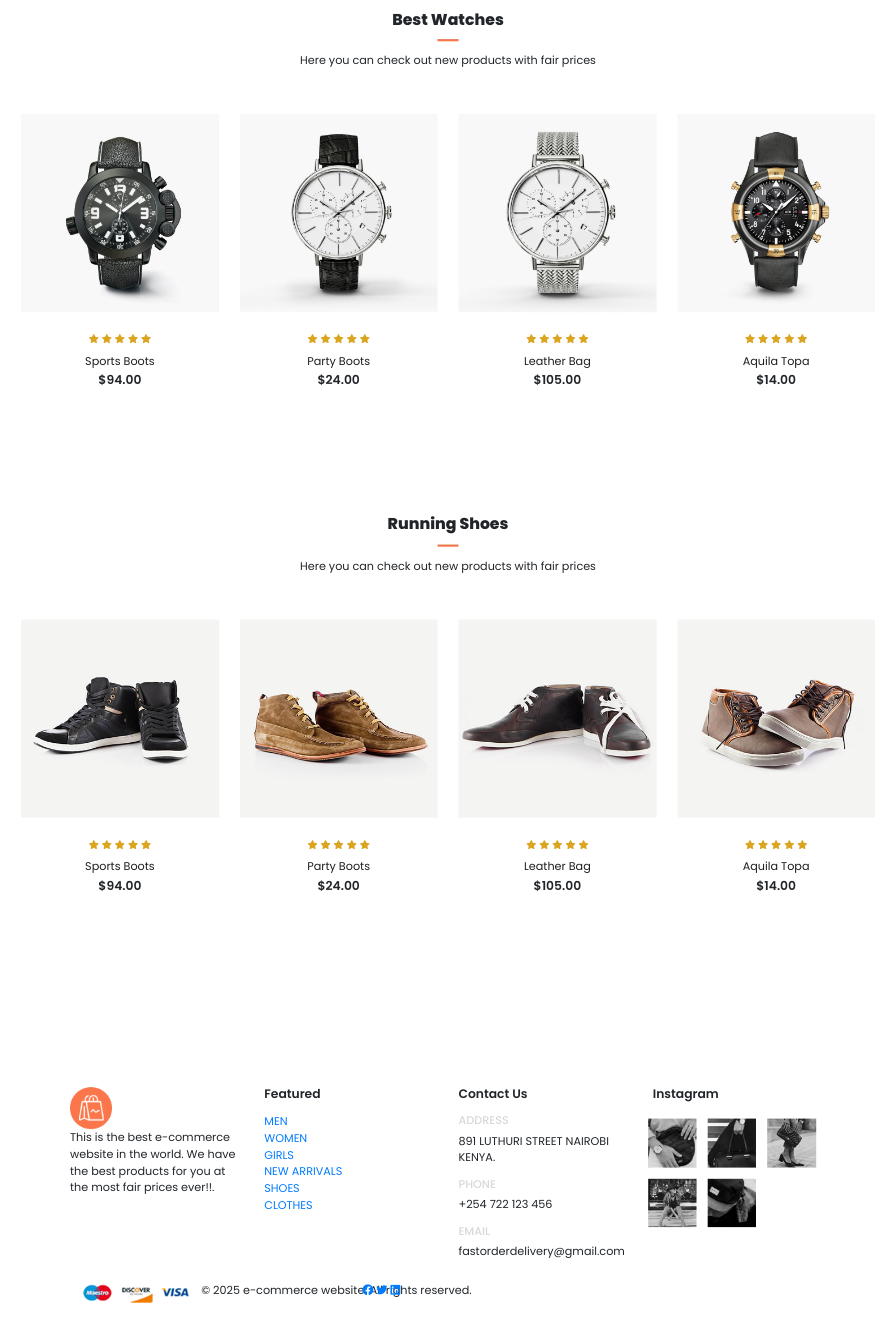
Repository: peter417waweru/e-commerce-UI
Page: index.html
The author's editor kept a copy of each file at every save. The page is drawn from the files as they stood at one save, then again after the next save.
The browser window is 1280 px wide. The pictures show the part of the page from y = 3470 to 5390 px (the page is 5390 px tall), at 70% of full size.
Backgrounds fixed to the window are drawn as part of the page. Some web libraries are served in a nearby version.

Above is the page before, as saved 2025-02-08 09:15:06.

### index.html
<!DOCTYPE html>
<html lang="en">

    <head>
        <meta charset="UTF-8">
        <meta http-equiv="X-UA-Compatible" content="IE=edge">
        <meta name="viewport" content="width=device-width, initial-scale=1.0">
        <title>Ecommerce Website1</title>

        <link rel="stylesheet" href="https://cdn.jsdelivr.net/npm/bootstrap@4.1.3/dist/css/bootstrap.min.css"
         integrity="sha384-MCw98/SFnGE8fJT3GXwEOngsV7Zt27NXFoaoApmYm81iuXoPkFOJwJ8ERdknLPMO" crossorigin="anonymous">

        <link rel="stylesheet" href="https://pro.fontawesome.com/releases/v5.10.0/css/all.css" />

        <link rel="stylesheet" href="./style.css">
    </head>

    <body>

        <nav class="navbar navbar-expand-lg navbar-light bg-light py-3 fixed-top">
            <div class="container">
              <img src="img/logo1.png" alt="">
              <button class="navbar-toggler" type="button" data-bs-toggle="collapse" data-bs-target="#navbarSupportedContent" aria-controls="navbarSupportedContent" aria-expanded="false" aria-label="Toggle navigation">
                <span><i id="bar" class="fas fa-bars"></i></span>
              </button>
              <div class="collapse navbar-collapse" id="navbarSupportedContent">
                <ul class="navbar-nav ml-auto">
                  <li class="nav-item">
                    <a class="nav-link active" aria-current="page" href="#">Home</a>
                  </li>
                  <li class="nav-item">
                    <a class="nav-link" aria-current="page" href="#">Shop</a>
                  </li>
                  <li class="nav-item">
                    <a class="nav-link" aria-current="page" href="#">Blog</a>
                  </li>
                  <li class="nav-item">
                    <a class="nav-link" aria-current="page" href="#">About</a>
                  </li>
                  <li class="nav-item">
                    <a class="nav-link" aria-current="page" href="#">Contact Us</a>
                  </li>
                  <li class="nav-item">
                    <i class="fal fa-search"></i>
                    <i class="fal fa-shopping-bag"></i>
                  </li>


                </ul>

              </div>
            </div>
        </nav>


        <section id="home">
          <div class="container">
            <h5>NEW ARRIVALS</h5>
            <h1><span>Best Price</span> This year</h1>
            <p>Shop today with us for the best offers delivered to your doorsteps <br>
               within seconds.
            </p>
            <button>Shop Now</button>
          </div>
        </section>

        <section id="brand" class="container">
          <div class="row m-0 py-5">
            <img class="img-fluid col-lg-2 col-md-4 col-sm-6" src="img/brand/1.png" alt="">
            <img class="img-fluid col-lg-2 col-md-4 col-sm-6" src="img/brand/2.png" alt="">
            <img class="img-fluid col-lg-2 col-md-4 col-sm-6" src="img/brand/3.png" alt="">
            <img class="img-fluid col-lg-2 col-md-4 col-sm-6" src="img/brand/4.png" alt="">
            <img class="img-fluid col-lg-2 col-md-4 col-sm-6" src="img/brand/5.png" alt="">
            <img class="img-fluid col-lg-2 col-md-4 col-sm-6" src="img/brand/6.png" alt="">
          </div>
        </section>

        <section id="new" class="w-100">
          <div class="row p-0 m-0">
            <div class="one col-lg-4 col-md-12 col-sm-12 p-0">
              <img class="img-fluid" src="img/new/1.jpg" alt="">
              <div class="details">
                <h2>Extreme Rare Sneakers</h2>
                <button class="text-uppercase">shop now</button>
              </div>
            </div>
            <div class="one col-lg-4 col-md-12 col-sm-12 p-0">
              <img class="img-fluid" src="img/new/5.jpg" alt="">
              <div class="details">
                <h2>Awesome blank outfit</h2>
                <button class="text-uppercase">shop now</button>
              </div>
            </div>
            <div class="one col-lg-4 col-md-12 col-sm-12 p-0">
              <img class="img-fluid" src="img/new/3.jpg" alt="">
              <div class="details">
                <h2>Sportwear upto 50% off</h2>
                <button class="text-uppercase">shop now</button>
              </div>
            </div>
          </div>
        </section>

        <section id="featured" class="my-5 pb-5">
          <div class="container text-center mt-5 py-5">
            <h3>Our Featured</h3>
            <hr class="mx-auto">
            <p>Here you can check out our new products with the most fair prices</p>
          </div>
          <div class="row mx-auto container-fluid">
            <div class="product text-center col-lg-3 col-md-4 col-12">
              <img class="img-fluid mb-3" src="img/featured/1.jpg" alt="">
              <div class="star">
                <i class="fas fa-star"></i>
                <i class="fas fa-star"></i>
                <i class="fas fa-star"></i>
                <i class="fas fa-star"></i>
                <i class="fas fa-star"></i>
              </div>
              <h5 class="p-name">Sports Boots</h5>
              <h4 class="p-price">$94.00</h4>
              <button class="buy-btn">Buy Now</button>
            </div>
            <div class="product text-center col-lg-3 col-md-4 col-12">
              <img class="img-fluid mb-3" src="img/featured/2.jpg" alt="">
              <div class="star">
                <i class="fas fa-star"></i>
                <i class="fas fa-star"></i>
                <i class="fas fa-star"></i>
                <i class="fas fa-star"></i>
                <i class="fas fa-star"></i>
              </div>
              <h5 class="p-name">Party Boots</h5>
              <h4 class="p-price">$24.00</h4>
              <button class="buy-btn">Buy Now</button>
            </div>
            <div class="product text-center col-lg-3 col-md-4 col-12">
              <img class="img-fluid mb-3" src="img/featured/3.jpg" alt="">
              <div class="star">
                <i class="fas fa-star"></i>
                <i class="fas fa-star"></i>
                <i class="fas fa-star"></i>
                <i class="fas fa-star"></i>
                <i class="fas fa-star"></i>
              </div>
              <h5 class="p-name">Leather Bag</h5>
              <h4 class="p-price">$105.00</h4>
              <button class="buy-btn">Buy Now</button>
            </div>
            <div class="product text-center col-lg-3 col-md-4 col-12">
              <img class="img-fluid mb-3" src="img/featured/4.jpg" alt="">
              <div class="star">
                <i class="fas fa-star"></i>
                <i class="fas fa-star"></i>
                <i class="fas fa-star"></i>
                <i class="fas fa-star"></i>
                <i class="fas fa-star"></i>
              </div>
              <h5 class="p-name">Aquila Topa</h5>
              <h4 class="p-price">$14.00</h4>
              <button class="buy-btn">Buy Now</button>
            </div>
          </div>
        </section>

        <section id="banner" class="my-5 py-3">
          <div class="container">
            <h4>MID SEASON SALES</h4>
            <h1>Autumn Collection <br>
              UP TO 20% OFF
            </h1>
            <button class="text-uppercase">Shop Now</button>
          </div>
        </section>

        <section id="clothes" class="my-5">
          <div class="container text-center mt-5 py-5">
            <h3>Dresses and jumpsuits</h3>
            <hr class="mx-auto">
            <p>Here you can check out new products with fair prices</p>
          </div>
          <div class="row mx-auto container-fluid">
            <div class="product text-center col-lg-3 col-md-4 col-12">
              <img class="img-fluid mb-3" src="img/clothes/1.jpg" alt="">
              <div class="star">
                <i class="fas fa-star"></i>
                <i class="fas fa-star"></i>
                <i class="fas fa-star"></i>
                <i class="fas fa-star"></i>
                <i class="fas fa-star"></i>
              </div>
              <h5 class="p-name">Sports Boots</h5>
              <h4 class="p-price">$94.00</h4>
              <button class="buy-btn">Buy Now</button>
            </div>
            <div class="product text-center col-lg-3 col-md-4 col-12">
              <img class="img-fluid mb-3" src="img/clothes/2.jpg" alt="">
              <div class="star">
                <i class="fas fa-star"></i>
                <i class="fas fa-star"></i>
                <i class="fas fa-star"></i>
                <i class="fas fa-star"></i>
                <i class="fas fa-star"></i>
              </div>
              <h5 class="p-name">Party Boots</h5>
              <h4 class="p-price">$24.00</h4>
              <button class="buy-btn">Buy Now</button>
            </div>
            <div class="product text-center col-lg-3 col-md-4 col-12">
              <img class="img-fluid mb-3" src="img/clothes/3.jpg" alt="">
              <div class="star">
                <i class="fas fa-star"></i>
                <i class="fas fa-star"></i>
                <i class="fas fa-star"></i>
                <i class="fas fa-star"></i>
                <i class="fas fa-star"></i>
              </div>
              <h5 class="p-name">Leather Bag</h5>
              <h4 class="p-price">$105.00</h4>
              <button class="buy-btn">Buy Now</button>
            </div>
            <div class="product text-center col-lg-3 col-md-4 col-12">
              <img class="img-fluid mb-3" src="img/clothes/1.jpg" alt="">
              <div class="star">
                <i class="fas fa-star"></i>
                <i class="fas fa-star"></i>
                <i class="fas fa-star"></i>
                <i class="fas fa-star"></i>
                <i class="fas fa-star"></i>
              </div>
              <h5 class="p-name">Aquila Topa</h5>
              <h4 class="p-price">$14.00</h4>
              <button class="buy-btn">Buy Now</button>
            </div>
          </div>
        </section>

        <section id="watches" class="my-5">
          <div class="container text-center mt-5 py-5">
            <h3>Best Watches</h3>
            <hr class="mx-auto">
            <p>Here you can check out new products with fair prices</p>
          </div>
          <div class="row mx-auto container-fluid">
            <div class="product text-center col-lg-3 col-md-4 col-12">
              <img class="img-fluid mb-3" src="img/watches/1.jpg" alt="">
              <div class="star">
                <i class="fas fa-star"></i>
                <i class="fas fa-star"></i>
                <i class="fas fa-star"></i>
                <i class="fas fa-star"></i>
                <i class="fas fa-star"></i>
              </div>
              <h5 class="p-name">Sports Boots</h5>
              <h4 class="p-price">$94.00</h4>
              <button class="buy-btn">Buy Now</button>
            </div>
            <div class="product text-center col-lg-3 col-md-4 col-12">
              <img class="img-fluid mb-3" src="img/watches/2.jpg" alt="">
              <div class="star">
                <i class="fas fa-star"></i>
                <i class="fas fa-star"></i>
                <i class="fas fa-star"></i>
                <i class="fas fa-star"></i>
                <i class="fas fa-star"></i>
              </div>
              <h5 class="p-name">Party Boots</h5>
              <h4 class="p-price">$24.00</h4>
              <button class="buy-btn">Buy Now</button>
            </div>
            <div class="product text-center col-lg-3 col-md-4 col-12">
              <img class="img-fluid mb-3" src="img/watches/3.jpg" alt="">
              <div class="star">
                <i class="fas fa-star"></i>
                <i class="fas fa-star"></i>
                <i class="fas fa-star"></i>
                <i class="fas fa-star"></i>
                <i class="fas fa-star"></i>
              </div>
              <h5 class="p-name">Leather Bag</h5>
              <h4 class="p-price">$105.00</h4>
              <button class="buy-btn">Buy Now</button>
            </div>
            <div class="product text-center col-lg-3 col-md-4 col-12">
              <img class="img-fluid mb-3" src="img/watches/4.jpg" alt="">
              <div class="star">
                <i class="fas fa-star"></i>
                <i class="fas fa-star"></i>
                <i class="fas fa-star"></i>
                <i class="fas fa-star"></i>
                <i class="fas fa-star"></i>
              </div>
              <h5 class="p-name">Aquila Topa</h5>
              <h4 class="p-price">$14.00</h4>
              <button class="buy-btn">Buy Now</button>
            </div>
          </div>
        </section>

        <section id="shoes" class="my-5 pb-5">
          <div class="container text-center mt-5 py-5">
            <h3>Running Shoes</h3>
            <hr class="mx-auto">
            <p>Here you can check out new products with fair prices</p>
          </div>
          <div class="row mx-auto container-fluid">
            <div class="product text-center col-lg-3 col-md-4 col-12">
              <img class="img-fluid mb-3" src="img/shoes/8.jpg" alt="">
              <div class="star">
                <i class="fas fa-star"></i>
                <i class="fas fa-star"></i>
                <i class="fas fa-star"></i>
                <i class="fas fa-star"></i>
                <i class="fas fa-star"></i>
              </div>
              <h5 class="p-name">Sports Boots</h5>
              <h4 class="p-price">$94.00</h4>
              <button class="buy-btn">Buy Now</button>
            </div>
            <div class="product text-center col-lg-3 col-md-4 col-12">
              <img class="img-fluid mb-3" src="img/shoes/7.jpg" alt="">
              <div class="star">
                <i class="fas fa-star"></i>
                <i class="fas fa-star"></i>
                <i class="fas fa-star"></i>
                <i class="fas fa-star"></i>
                <i class="fas fa-star"></i>
              </div>
              <h5 class="p-name">Party Boots</h5>
              <h4 class="p-price">$24.00</h4>
              <button class="buy-btn">Buy Now</button>
            </div>
            <div class="product text-center col-lg-3 col-md-4 col-12">
              <img class="img-fluid mb-3" src="img/shoes/6.jpg" alt="">
              <div class="star">
                <i class="fas fa-star"></i>
                <i class="fas fa-star"></i>
                <i class="fas fa-star"></i>
                <i class="fas fa-star"></i>
                <i class="fas fa-star"></i>
              </div>
              <h5 class="p-name">Leather Bag</h5>
              <h4 class="p-price">$105.00</h4>
              <button class="buy-btn">Buy Now</button>
            </div>
            <div class="product text-center col-lg-3 col-md-4 col-12">
              <img class="img-fluid mb-3" src="img/shoes/5.jpg" alt="">
              <div class="star">
                <i class="fas fa-star"></i>
                <i class="fas fa-star"></i>
                <i class="fas fa-star"></i>
                <i class="fas fa-star"></i>
                <i class="fas fa-star"></i>
              </div>
              <h5 class="p-name">Aquila Topa</h5>
              <h4 class="p-price">$14.00</h4>
              <button class="buy-btn">Buy Now</button>
            </div>
          </div>
        </section>

        <footer class="mt-5 py-5">
          <div class="row container mx-auto pt-5">
            <div class="footer-one col-lg-3 col-md-6 col-12">
              <img src="img/logo2.png" alt="">
              <p>This is the best e-commerce website in the world.
                 We have the best products for you at the most fair prices ever!!.</p>
            </div>
            <div class="footer-one col-lg-3 col-md-6 col-12">
              <h4 class="pb-2">Featured</h4>
              <ul class="text-uppercase list-unstyled">
                <li><a href="#">men</a></li>
                <li><a href="#">women</a></li>
                <li><a href="#">girls</a></li>
                <li><a href="#">new arrivals</a></li>
                <li><a href="#">shoes</a></li>
                <li><a href="#">clothes</a></li>
              </ul>
            </div>
            <div class="footer-one col-lg-3 col-md-6 col-12">
              <h4 class="pb-2">Contact Us</h4>
              <div>
                <h6 class="text-uppercase">Address</h6>
              <p>891 LUTHURI STREET NAIROBI KENYA.</p>
              </div>
              <div>
                <h6 class="text-uppercase">Phone</h6>
              <p>+254 722 123 456</p>
              </div>
              <div>
                <h6 class="text-uppercase">Email</h6>
              <p>fastorderdelivery@gmail.com</p>
              </div>
            </div>
            <div class="footer-one col-lg-3 col-md-6 col-12">
              <h4 class="pb-2">Instagram</h4>
              <div class="row">
                <img class="img-fluid w-25 h-100 m-2" src="img/insta/1.jpg" alt="">
                <img class="img-fluid w-25 h-100 m-2" src="img/insta/2.jpg" alt="">
                <img class="img-fluid w-25 h-100 m-2" src="img/insta/3.jpg" alt="">
                <img class="img-fluid w-25 h-100 m-2" src="img/insta/4.jpg" alt="">
                <img class="img-fluid w-25 h-100 m-2" src="img/insta/5.jpg" alt="">
              </div>
            </div>
            <div class="copyright mt-3">
              <div class="row container mx-auto">
                <div class="col-lg-3 col-md-6 col-12">
                  <img src="img/payment.png" alt="">
                </div>
                <div class="col-lg-4 col-md-6 col-12 text-nowrap">
                  <p>© 2025 e-commerce website. All rights reserved.</p>
                </div>
                <div class="col-lg-4 col-md-6 col-12">
                  <a href=""><i class="fab fa-facebook"></i></a>
                  <a href=""><i class="fab fa-twitter"></i></a>
                  <a href=""><i class="fab fa-linkedin"></i></a>
                </div>
              </div>
            </div>
          </div>
        </footer>





        <script src="https://cdn.jsdelivr.net/npm/@popperjs/core@2.9.1/dist/umd/popper.min.js"
            integrity="sha384-SR1sx49pcuLnqZUnnPwx6FCym0wLsk5JZuNx2bPPENzswTNFaQU1RDvt3wT4gWFG"
            crossorigin="anonymous"></script>
        <script src="https://cdn.jsdelivr.net/npm/bootstrap@5.0.0-beta3/dist/js/bootstrap.min.js"
            integrity="sha384-j0CNLUeiqtyaRmlzUHCPZ+Gy5fQu0dQ6eZ/xAww941Ai1SxSY+0EQqNXNE6DZiVc"
            crossorigin="anonymous"></script>
    </body>

</html>

### style.css
@import url("https://fonts.googleapis.com/css2?family=Poppins:wght@100;200;300;400;500;600;700;800;900&display=swap");
* {
  margin: 0;
  padding: 0;
  box-sizing: border-box;
}

body {
  font-family: "Poppins", sans-serif;
}

h1 {
  font-size: 2.5rem;
  font-weight: 700;
}

h2 {
  font-size: 1.8rem;
  font-weight: 600;
}

h3 {
  font-size: 1.4rem;
  font-weight: 800;
}

h4 {
  font-size: 1.1rem;
  font-weight: 600;
}

h5 {
  font-size: 1rem;
  font-weight: 400;
  color: #1d1d1d;
}

h6 {
  color: #d8d8d8;
}

hr {
  width: 30px;
  height: 2px;
  background-color: #fb774b;
}

.star {
  padding: 10px 0;
}

.star i{
  font-size: 0.8rem;
  color: goldenrod;
}

button {
  font-size: 0.8rem;
  font-weight: 700;
  outline: none;
  border: none;
  background-color: #1d1d1d;
  color: aliceblue;
  padding: 13px 30px;
  cursor: pointer;
  text-transform: uppercase;
  transition: 0.3s ease;
}

button:hover {
  background-color: #3a3833;
}

hr {
  width: 30px;
  height: 2px;

}

.navbar {
  font-size: 16px;
  background-color: #d8d8d8;
  top: 0;
  left: 0;
}

.navbar-light .navbar-nav .nav-link{
  padding: 0 20px;
  color: black;
  transition: 0.3s ease;
}

.navbar-light .navbar-nav .nav-link:hover,
.navbar i:hover,
.navbar-light .navbar-nav .nav-link.active,
.navbar i.active
{
  color: coral;
}



.navbar i{
  font-size: 1.2rem;
  padding: 0 7px;
  cursor: pointer;
  transition: 0.3s ease;
}

/* Mobile Nav*/


.navbar-light .navbar-toggler{
  border: none;
  outline: none;
}

#bar {
  font-size: 1.5rem;
  padding: 7px;
  cursor: pointer;
  font-weight: 500;
  color: black;
  transition: 0.3s ease;
}

#bar:hover,
#bar.active{
  color: #fff;
}

@media only screen and (max-width: 990px) {

  body > nav > div > button:hover ,
  body > nav > div > button:focus {
    background-color: #fb774b;
  }

  body > nav > div > button:hover #bar,
  body > nav > div > button:focus #bar {
    background-color: #fb774b;
  }

  #navbarSupportedContent > ul {
    margin: 1rem;
    justify-content: flex-end;
    align-items: flex-end;
    text-align: right;
  }

  #navbarSupportedContent > ul > li:nth-child(n) > a {
    padding: 10px 0;
  }
}


#home {
  background-image: url("img/back.jpg");
  width: 100%;
  height: 100vh;
  background-size: cover;
  background-position: top 70px center;
  display: flex;
  flex-direction: column;
  align-items: flex-start;
  justify-content: center;

}

#home span{
  color: coral;
}

#new .one img{
  width: 100%;
  height: 100%;
  background-position: center center;
  background-repeat: no-repeat;
  background-size: cover;
  position: relative;
}


#new .row .one .details{
  position: absolute;
  width: 100%;
  height: 100%;
  top: 0;
  left: 0;
  transition: 0.3s ease;
}

#new .row .one:hover .details{
  cursor: pointer;
  background-color: rgba(255, 178, 178, 0.8);
}

#new .row .one .details button{
 display: inline-block;
 font-size: 14px;
 font-weight: 500;
 color: #2a2a2a;
 background: none;
 text-transform: uppercase;
 border-bottom: 1px solid #2a2a2a;
 padding: 1.5px;
 transform: translateY(70px);
 transition: 0.3s ease;
}

#new .row .one .details button:hover{
  cursor: pointer;
  color: #fff;
  border-bottom: 1px solid #fff;
}

#new .row .one:nth-child(1) .details{
  display: flex;
  justify-content: center;
  flex-direction: column;
  align-items: flex-start;
  text-align: start;
}

#new .row .one:nth-child(2) .details{
  display: flex;
  justify-content: center;
  flex-direction: column;
  align-items: center;
  text-align: center;
}

#new .row .one:nth-child(3) .details{
  display: flex;
  justify-content: center;
  flex-direction: column;
  align-items: flex-end;
  text-align: end;
}

/*Products*/

.product {
  cursor: pointer;
  margin-bottom: 2rem;
}

.product img{
  transition: 0.3s all;
}

.product img:hover{
  opacity: 0.7;
}

.product .buy-btn{
  background: #fb774b;
  transform: translateY(20px);
  opacity: 0;
  transition: 0.3s all;
}
.product:hover .buy-btn{
  transform: translateY(0px);
  opacity: 1;
}

#banner {
  background-image: url("img/banner/2.jpg");
  width: 100%;
  height: 60vh;
  background-size: cover;
  background-position: top 70px center;
  background-repeat: no-repeat;
  background-attachment: fixed;
  display: flex;
  flex-direction: column;
  align-items: flex-start;
  justify-content: center;
}

#banner h4{
  color: #D8D8D8;
}

#banner h1{
  color: #D8D8D8;
}

#banner button{
  background-color: #fb774b;
}

After the next save:
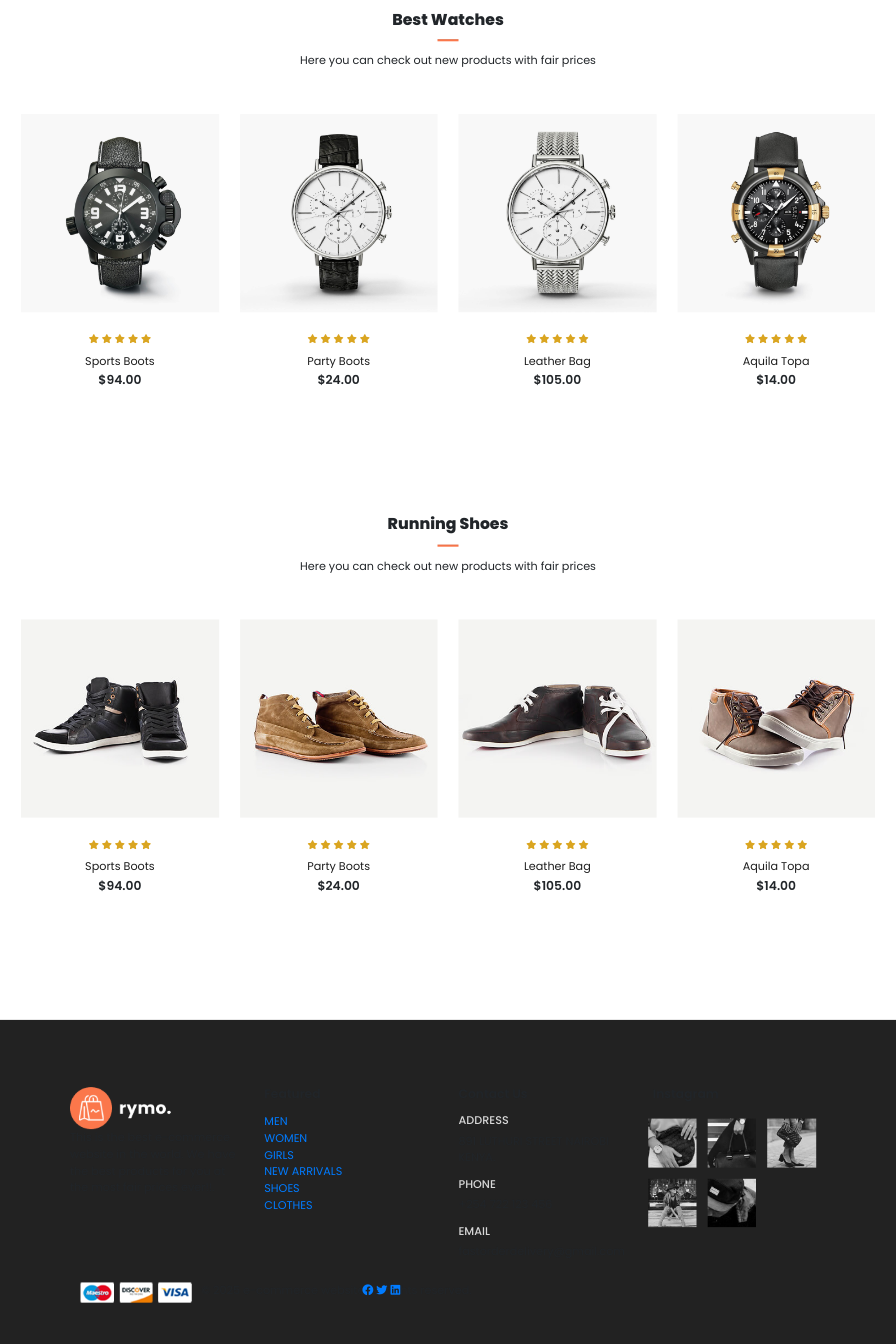
Saved 80 s later.
--- a/style.css
+++ b/style.css
@@ -247,6 +247,7 @@ hr {
 
 .product img{
   transition: 0.3s all;
+
 }
 
 .product img:hover{
@@ -289,3 +290,7 @@ hr {
 #banner button{
   background-color: #fb774b;
 }
+
+footer{
+  background-color: #222222;
+}
